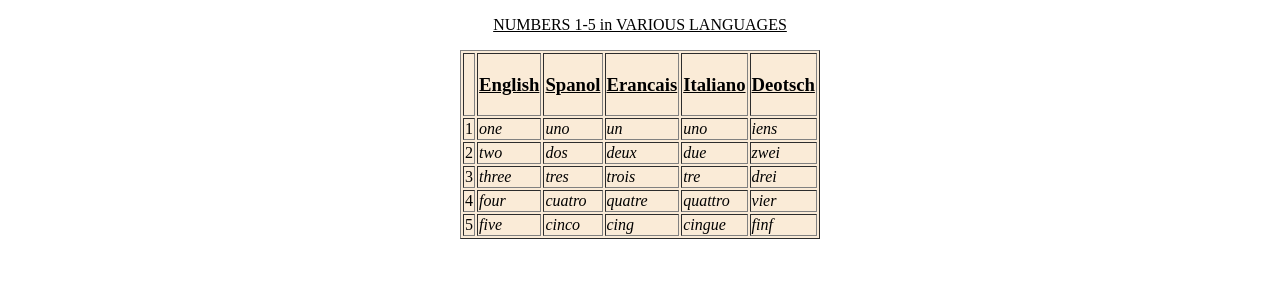
Repository: PhamChiXuan1/HTCNW_tuan3_DHCNTT16C_PhamChiXuan_20030131
Page: bt6c.html
The author's editor kept a copy of each file at every save. The page is drawn from the files as they stood at one save, then again after the next save.
The browser window is 1280 px wide. The pictures show the whole page.

Above is the page before, as saved 2022-02-26 23:18:46.

### bt6c.html
<!DOCTYPE html>
<html lang="en">
<head>
    <meta charset="UTF-8">
    <meta http-equiv="X-UA-Compatible" content="IE=edge">
    <meta name="viewport" content="width=device-width, initial-scale=1.0">
    <title>Document</title>
</head>
<body>
    <center>
        <table border="1" width="50px" height="40" style="background-color: antiquewhite;">
            <P color="blue"><U>NUMBERS 1-5 in VARIOUS LANGUAGES</U></P>
            <tr>
                <td></td>
                <td><H3><U>English</U></H3></td>
                <td><H3><U>Spanol</U></H3></td>
                <td><H3><U>Erancais</U></H3></td>
                <td><H3><U>Italiano</U></H3></td>
                <td><H3><U>Deotsch</U></H3></td>
            </tr>
            <tr>
                <td>1</td>
                <td color="blue"><I>one</I></td>
                <td><I>uno</I></td>
                <td><I>un</I></td>
                <td><I>uno</I></td>
                <td><I>iens</I></td>
            </tr>
            <tr>
                <td>2</td>
                <td><I>two</I></td>
                <td><I>dos</I></td>
                <td><I>deux</I></td>
                <td><I>due</I></td>
                <td><I>zwei</I></td>
            </tr>
            <tr>
                <td>3</td>
                <td><I>three</I></td>
                <td><I>tres</I></td>
                <td><I>trois</I></td>
                <td><I>tre</I></td>
                <td><I>drei</I></td>
            </tr>
            <tr>
                <td>4</td>
                <td><I>four</I></td>
                <td><I>cuatro</I></td>
                <td><I>quatre</I></td>
                <td><I>quattro</I></td>
                <td><I>vier</I>
            </tr>
            <tr>
                <td>5</td>
                <td><I>five</I></td>
                <td><I>cinco</I></td>
                <td><I>cing</I></td>
                <td><I>cingue</I></td>
                <td><I>finf</I>
            </tr>
        </table>
    </center>
</body>
</html>

After the next save:
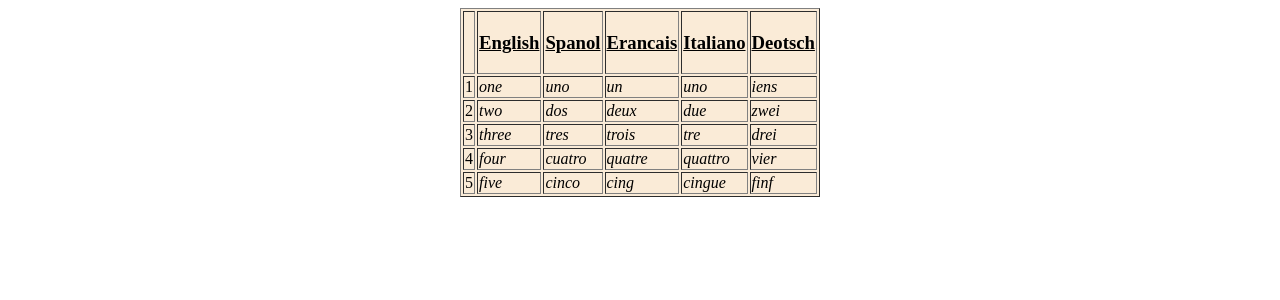
Saved 111 s later.
--- a/bt6c.html
+++ b/bt6c.html
@@ -9,7 +9,10 @@
 <body>
     <center>
         <table border="1" width="50px" height="40" style="background-color: antiquewhite;">
-            <P color="blue"><U>NUMBERS 1-5 in VARIOUS LANGUAGES</U></P>
+            <style>
+            <P><U>NUMBERS 1-5 in VARIOUS LANGUAGES</U></P>
+            color="blue"
+            </style>
             <tr>
                 <td></td>
                 <td><H3><U>English</U></H3></td>

After the save that followed:
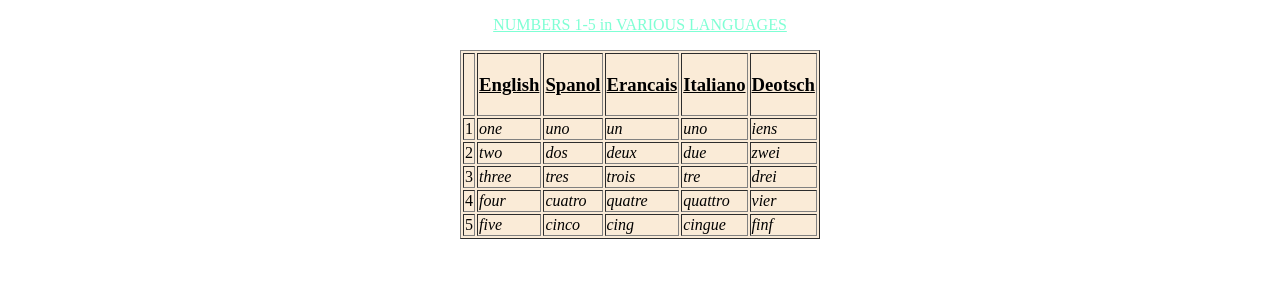
Saved 49 s later.
--- a/bt6c.html
+++ b/bt6c.html
@@ -9,10 +9,7 @@
 <body>
     <center>
         <table border="1" width="50px" height="40" style="background-color: antiquewhite;">
-            <style>
-            <P><U>NUMBERS 1-5 in VARIOUS LANGUAGES</U></P>
-            color="blue"
-            </style>
+            <P><U style="color: aquamarine;">NUMBERS 1-5 in VARIOUS LANGUAGES</U></P>
             <tr>
                 <td></td>
                 <td><H3><U>English</U></H3></td>
